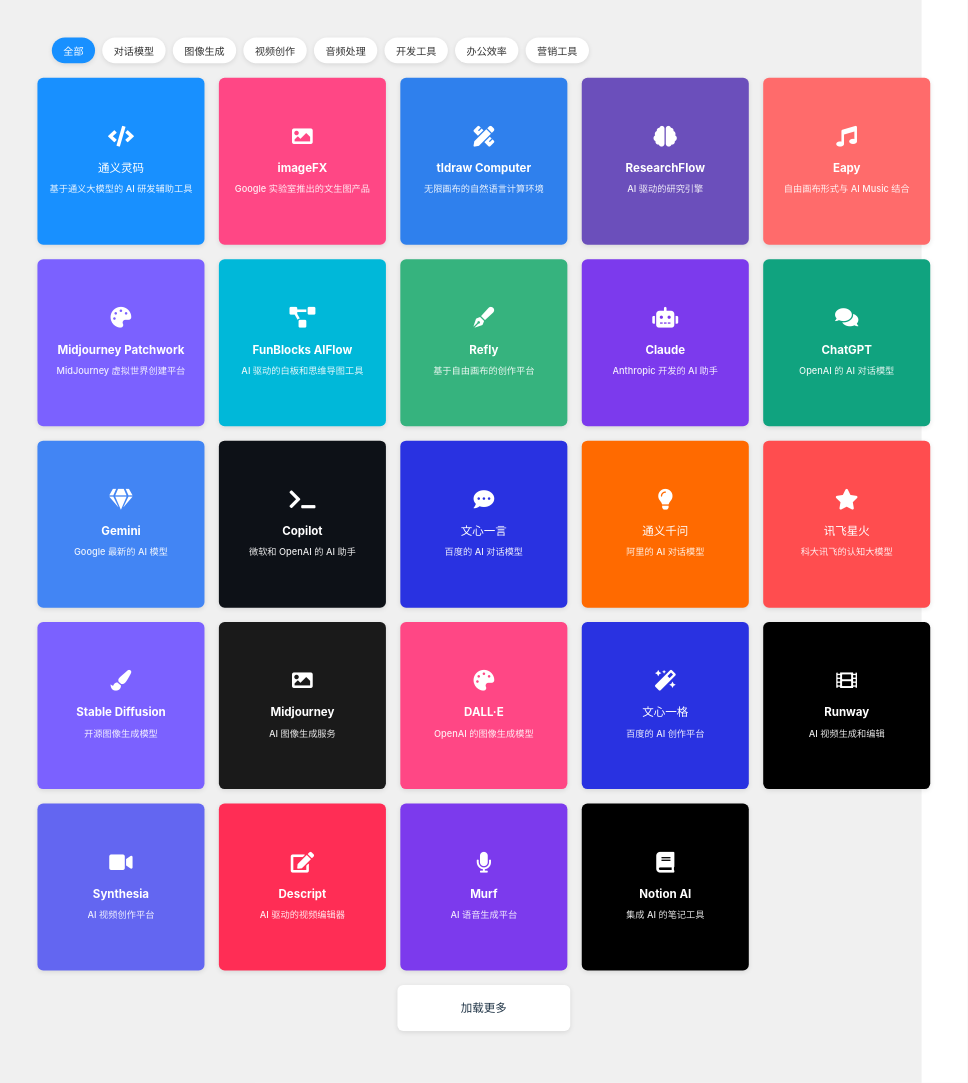
Repository: muyehub/ai-nav
Page: /
An editor plug-in stored every save of this project. The page is shown before and after the next save, followed by the edit.
The browser window is 1280 px wide. The page is 1344 px wide, so the pictures cover 1344 px, including what lies to the right of the window. The pictures show the whole page, at 72% of full size.
The project was rebuilt for these pictures with package versions that can differ from the ones it lists, and the page was loaded fresh each time. Also part of the build but not shown: vite.config.ts.

Above is the page before, as saved 2025-02-25 14:58:07.

After the next save:
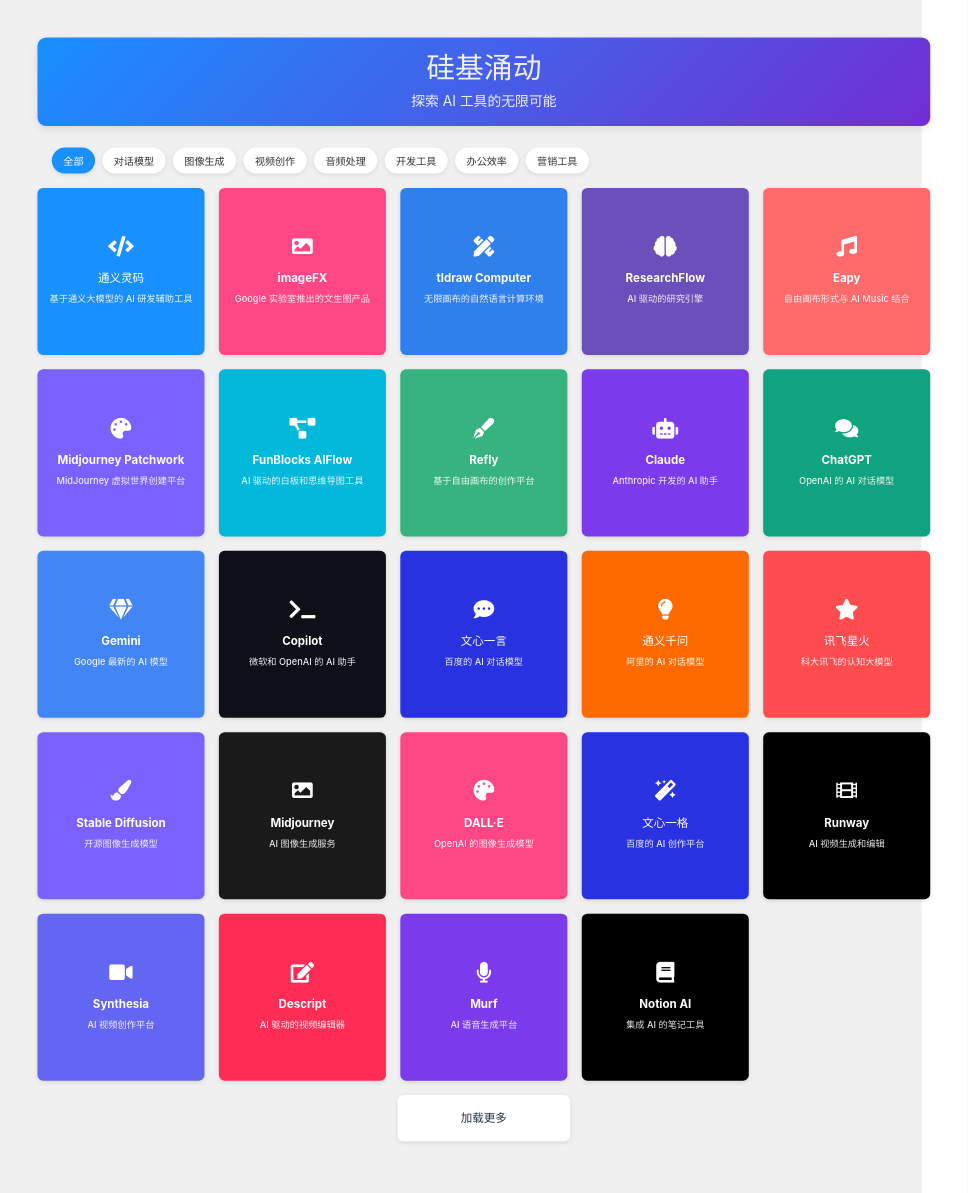
Saved 3 min 4 s later.
--- a/src/App.vue
+++ b/src/App.vue
@@ -1,5 +1,9 @@
 <template>
   <div class="container">
+    <div class="header">
+      <h1>硅基涌动</h1>
+      <p>探索 AI 工具的无限可能</p>
+    </div>
     <div class="category-filter">
       <button
         v-for="category in categories"
@@ -689,6 +693,48 @@
     font-size: 12px;
   }
 }
+
+.header {
+  text-align: center;
+  margin-bottom: 30px;
+  padding: 20px;
+  background: linear-gradient(135deg, #1890ff 0%, #722ED1 100%);
+  color: white;
+  border-radius: 12px;
+  max-width: 1800px;
+  margin: 0 auto 30px;
+  box-shadow: 0 4px 12px rgba(0, 0, 0, 0.1);
+}
+
+.header h1 {
+  margin: 0;
+  font-size: 2.5em;
+  font-weight: bold;
+  background: linear-gradient(to right, #fff, #e0e0e0);
+  -webkit-background-clip: text;
+  -webkit-text-fill-color: transparent;
+}
+
+.header p {
+  margin: 10px 0 0;
+  font-size: 1.2em;
+  opacity: 0.9;
+}
+
+@media (max-width: 768px) {
+  .header {
+    padding: 15px;
+    margin-bottom: 20px;
+  }
+
+  .header h1 {
+    font-size: 2em;
+  }
+
+  .header p {
+    font-size: 1em;
+  }
+}
 </style>
 
     padding: 10px;
